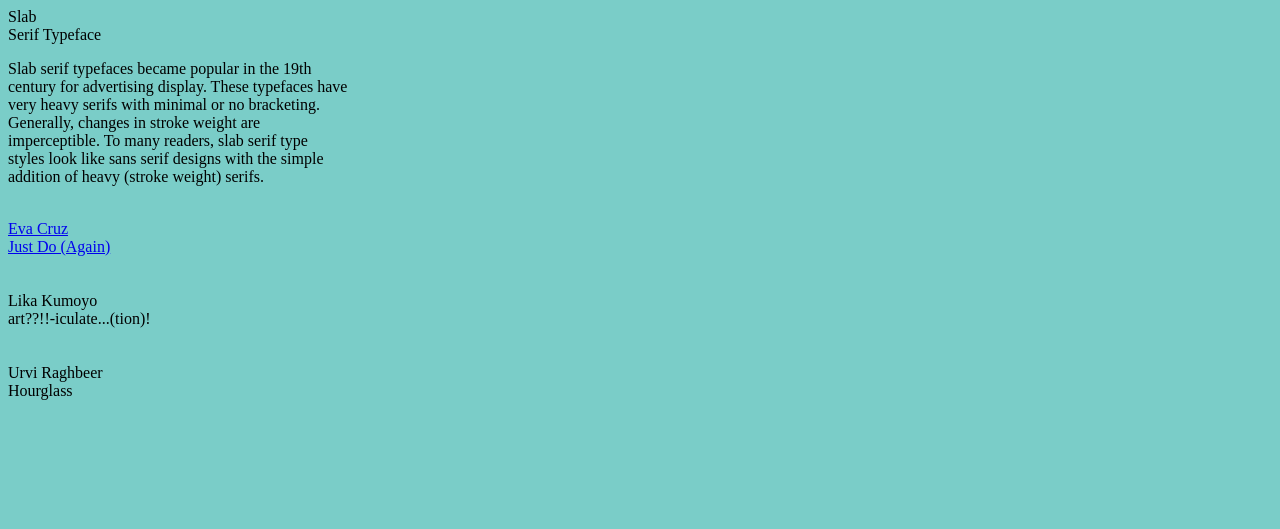
Repository: diasm568/diasm568.github.io
Page: lab/archive/slab.html
The author's editor kept a record of every edit. The page is drawn from the files as they stood at one moment, then again after the next edit.
The browser window is 1280 px wide. The pictures show the whole page.

Above is the page before.

After the next edit:
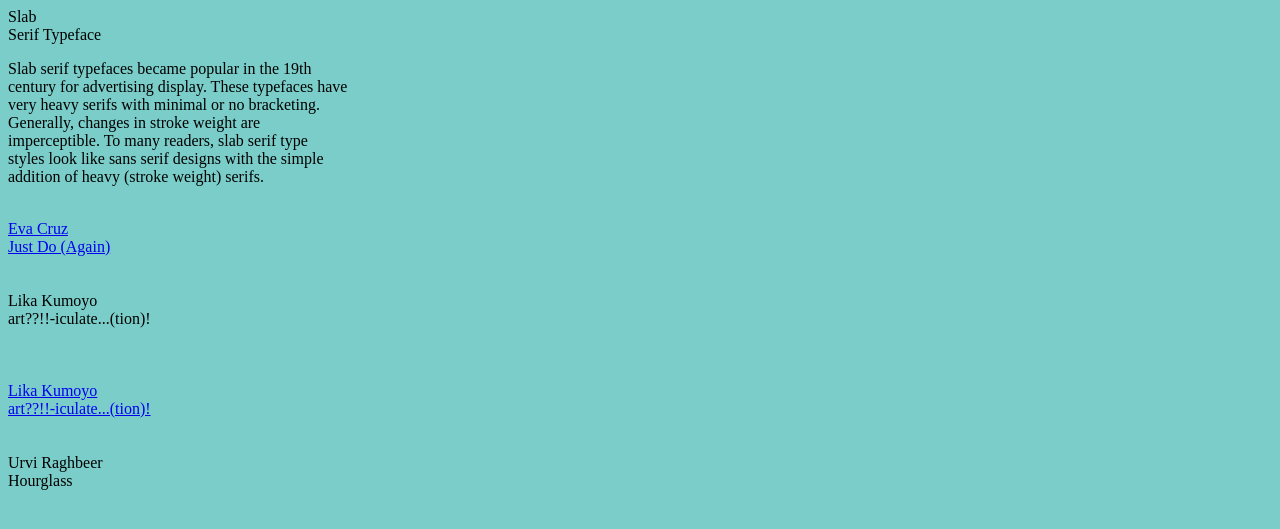
The edit:
--- a/lab/archive/slab.html
+++ b/lab/archive/slab.html
@@ -22,6 +22,12 @@
 <br>
 <br>
 <br>
+<a href="http://cruze767.github.io/lab/composition/composition2.html"><br>
+Lika Kumoyo
+<br>art??!!-iculate...(tion)!</a>
+<br>
+<br>
+<br>
 Urvi Raghbeer
 <br>
 Hourglass
